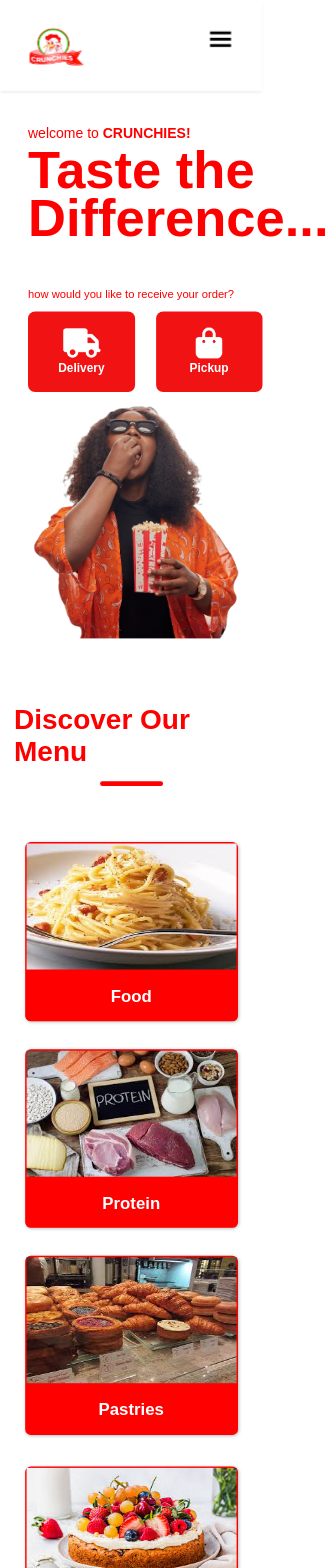
Repository: trenzyfx1/crunches-online-
Page: index.html
These files come from the project's save history. The page is drawn as it stood at one moment and after the next save; the edit follows.
The browser window is 375 px wide. The page is 469 px wide, then 375 px, so the pictures cover 469 px, including what lies to the right of the window. The pictures show the part of the page from y = 0 to 2240 px (the page is 9145 px tall before and 9077 px after), at 70% of full size.

Above is the page before, as saved 2025-04-13 17:17:12.

### index.html
<!DOCTYPE html>
<html lang="en">

<head>
    <meta charset="UTF-8">
    <meta name="viewport" content="width=device-width, initial-scale=1.0">
    <link rel="icon" href="./images/logo-red.webp" type="image">
    <link rel="stylesheet" href="./style.css">
    <title>Crunches Fried Chicken | Order food online</title>
</head>

<body class="full-body">
    <header class="desktop-header">
        <nav>
            <div class="logo">
                <div>
                    <a href="#"><img width="80px" src="./images/logo-red.webp" alt=""></a>
                </div>
                <div class="logo2">
                    <div class="location">
                        <img width="20px" src="./images/location.png" alt="">
                    </div>
                    <div>
                        <h4>Port Harcourt</h4>
                    </div>
                </div>
            </div>
            <div class="menu">
                <ul>
                    <li><a href="">home</a></li>
                    <li><a href="">menu</a></li>
                    <li><a href="">offers</a></li>
                    <li><a href="">fan club</a></li>
                    <li><a href="">blog</a></li>
                    <li><a href="">about us</a></li>
                    <li><a href="">my account</a></li>
                    <li><a href="">support</a></li>
                </ul>
                <div>
                    <button class="order-now" type="button">order now</button>
                </div>
                <div class="cart">
                    <img width="30px" src="./images/cart.png" alt="">
                </div>
            </div>
        </nav>
    </header>
    <header class="mobile-header">
        <nav class="nav1">
            <div class="logo">
                <div>
                    <a href="#"><img width="80px" src="./images/logo-red.webp" alt=""></a>
                </div>
                <!-- <div class="logo2">
                    <div class="location">
                        <img width="20px" src="./images/location.png" alt="">
                    </div>
                    <div>
                        <h4>Port Harcourt</h4>
                    </div>
                </div> -->
            </div>
            <div class="menu-icon" id="menu-icon">
                <div class="line"></div>
                <div class="line"></div>
                <div class="line"></div>
            </div>
            <div class="menu" id="menu">
                <ul>
                    <li><a href="">blog</a></li>
                    <li><a href="">home</a></li>
                    <li><a href="">menu</a></li>
                    <li><a href="">offers</a></li>
                    <li><a href="">support</a></li>
                    <li><a href="">fan club</a></li>
                    <li><a href="">about us</a></li>
                    <li><a href="">my account</a></li>
                </ul>
                <div class="order-now1">
                    <button class="order-now" type="button">order now</button>
                </div>
                <div class="cart">
                    <img width="30px" src="./images/cart.png" alt="">
                </div>
            </div>
        </nav>
    </header>
    <section>
        <div class="head">
            <div class="section1">
                <div>
                    <h3 class="welcome">welcome to <span>Crunchies!</span></h3>
                    <h1>Taste the Difference...</h1>
                </div>
                <div>
                    <p>how would you like to receive your order? </p>
                    <div class="button1">
                        <button class="delivery" type="button">
                            <img class="delivery-img" width="40%" src="./images/Capture.PNG" alt="">
                            <br>delivery
                        </button>
                        <button class="pickup" type="button">
                            <img class="pickup-img" width="33%" src="./images/Capture1.PNG" alt="">
                            <br>pickup
                        </button>
                    </div>
                </div>
            </div>
            <div>
                <img class="woman" src="./images/woman.PNG" alt="">
            </div>
        </div>
    </section>
    <section class="discover">
        <h1 class="h1">discover our menu</h1>
        <div class="underline"></div>
        <div class="section2">
            <div class="food-section">
                <img class="foods" src="./images/food.jpg" alt="">
                <h1>food</h1>
            </div>
            <div class="food-section">
                <img class="foods" src="./images/protein.jpg" alt="">
                <h1>protein</h1>
            </div>
            <div class="food-section">
                <img class="foods" src="./images/pastries.jpg" alt="">
                <h1>pastries</h1>
            </div>
        </div>
        <div class="section2 s2">
            <div class="food-section">
                <img class="foods" src="./images/cakes.jpg" alt="">
                <h1>cakes</h1>
            </div>
            <div class="food-section">
                <img class="foods" src="./images/sharwama.jpg" alt="">
                <h1>sharwama</h1>
            </div>
            <div class="food-section">
                <img class="foods" src="./images/bread.jpg" alt="">
                <h1>bread</h1>
            </div>
        </div>
        <div class="see-more1">
            <button class="see-more" type="button">
                <img class="see-more-img" width="30%" src="./images/drink.png" alt="">
                see more
            </button>
        </div>
    </section>
    <section class="section3">
        <div class="phone1">
            <img class="phone" src="./images/phone.png" alt="">
        </div>
        <div class="order1">
            <h1 class="h1-1">order on the <br> go!</h1>
            <h1 class="h1-2">order on the go!</h1>
            <p>our mobile apps are now available on your device's <br> app store</p>
            <div>
                <div class="download">
                    <div>
                        <button class="playstore" type="button">
                            <img class="playstore-img" width="20%" src="./images/playstore.png" alt="">
                            <div>
                                android app on
                                <br><span class="span2">google play</span>
                            </div>
                        </button>
                    </div>
                    <div>
                        <button class="apple" type="button">
                            <img width="20%" class="apple-img" src="./images/apple.png" alt="">
                            <div>
                                download the app
                                <br><span class="span2">app store</span>
                            </div>
                        </button>
                    </div>
                </div>
            </div>
        </div>
    </section>
    <section class="about-us">
        <h1 class="h1">about us</h1>
        <div class="underline"></div>
        <div class="section4">
            <div  class="products">
                <div>
                    <p>
                        Crunchies Fried Chicken is a first-grade quick service <br> restaurant that offers a variety of
                        quality
                        fast
                        food products <br> and first-class services. We are currently spread across the <br>
                        South-South,
                        South-East and
                        South-West regions of Nigeria, <br> with over 20 years of experience. <br><br>
                        We have carved the niche of excellence in the fast food <br> market with a service per
                        excellence
                        acquired
                        from <br> interacting with our valued customers.
                    </p>
                </div>
                <div>
                    <button class="shop-button" type="button">
                        <img width="30px" class="sbutton-img" src="./images/read.png" alt="">read more
                    </button>
                </div>
            </div>
            <div class="shop">
                <img class="shop-img" src="./images/shop.webp" alt="">
            </div>
        </div>
    </section>
    <section class="section5">
        <div class="eat-section">
            <img class="section5-img" src="./images/woman2.png" alt="">
        </div>
        <div class="eat-section">
            <img class="section5-img" src="./images/chicken.png" alt="">
        </div>
        <div class="eat-section">
            <img class="section5-img" src="./images/woman3.jpg" alt="">
        </div>
        <div class="eat-section">
            <img class="section5-img" src="./images/car.jpg" alt="">
        </div>
    </section>
    <section class="section6">
        <div>
            <img class="food2" src="./images/food2.png" alt="">
            <div class="first">
                <h1>Subsribe to our Newsletter</h1>
                <p>Be the first to get lucky on our amazing offers</p>
            </div>
        </div>
        <div class="email">
            <input type="text" placeholder="Email Address">
            <div><button class="subsribe" type="button">subsribe now</button></div>
        </div>
    </section>
    <footer>
        <div class="footer">
            <div class="Crunches">
                <img width="180px" src="./images/logo-white.webp" alt="">
                <h1>opening hours</h1>
                <p>mondays to sundays <br> 7:00am to 9:00pm</p>
                <h1>contact us</h1>
                <p>customercare@crunchiesonline.com <br> 09062439146, 08098242522</p>
            </div>
            <div class="quick">
                <div>
                    <h1>quick navigation</h1>
                    <ul>
                        <li><a href="">careers</a></li>
                        <li><a href="">fan club</a></li>
                        <li><a href="">offers</a></li>
                        <li><a href="">privacy policy</a></li>
                        <li><a href="">terms and condition</a></li>
                    </ul>
                </div>
                <div>
                    <div>
                        <h1>find us here</h1>
                    </div>
                    <div class="igs">
                        <div>
                            <img class="logo3" src="./images/ig.png" alt="">
                        </div>
                        <div>
                            <img class="logo3" src="./images/fb.png" alt="">
                        </div>
                        <div>
                            <img class="logo3" src="./images/in.png" alt="">
                        </div>
                        <div>
                            <img class="logo3" src="./images/x.png" alt="">
                        </div>
                        <div>
                            <img class="logo3" src="./images/tiktok.png" alt="">
                        </div>
                    </div>
                </div>
            </div>
            <div class="feedback">
                <h1>tell us how we're doing...</h1>
                <p>your feedback is valuable to us</p>
                <button class="submit" type="button">
                    <div>submit feedback</div> <img width="25px" src="./images/3star.png" alt="">
                </button>
            </div>
        </div>
        <div class="dear">
            <p>
                Dear customer, online order services are unavailable at this time. Our services will be active from 8am
                to 6pm. Thank you!
            </p>
        </div>
    </footer>

    <script src="./mobile.js"></script>
</body>

</html>

### style.css
body {
    width: 100%;
    margin: 0;
    padding: 0;
    overflow-x: hidden;
    height: 100vh;
    /* color: #fff; */
    /* font-family: 'Space Grotesk', sans-serif; */
    transition: background-color 0.3s, color 0.3s;
    scroll-behavior: smooth;
    /* background-color: #0a0a0a; */
}

header {
    position: fixed;
    top: 0;
    left: 0;
    height: 130px;
    width: 100%;
    z-index: 1000;
    box-shadow: 0 2px 5px rgb(0, 0, 0, 0.1);
    background-color: #fff;
}

.mobile-header {
    display: none;
}

nav {
    display: flex;
    flex-direction: row;
    justify-content: space-between;
    padding: 40px;
}

.logo2 {
    display: flex;
    flex-direction: row;
}

.logo {
    display: flex;
    flex-direction: row;
    gap: 50px;
}

.location {
    margin-top: 20px;
}

.menu {
    display: flex;
    flex-direction: row;
    gap: 50px;
}

.menu ul {
    display: flex;
    flex-direction: row;
    justify-content: space-around;
    gap: 20px;
}

.menu ul li {
    list-style: none;
}


.desktop-header .menu ul li a {
    display: inline-block;
    border-radius: 8px;
    font-family: sans-serif;
    font-weight: 550;
    text-decoration: none;
    color: red;
    text-transform: capitalize;
    padding: 10px;
    box-shadow: 1px 1px 5px rgba(0, 0, 0, 0.3);
    transition: transform 0.3s ease;
}

 a:hover {
    transform: scale(1.15);
    box-shadow: 5px 5px 15px rgba(0, 0, 0, 0.5);
}


 .mobile-header li:hover {
    transform: scale(1.02);
    box-shadow: 5px 5px 15px rgba(0, 0, 0, 0.5);
}

.order-now {
    border: none;
    border-radius: 10px;
    background-color: red;
    color: #fff;
    height: 48px;
    width: 150px;
    cursor: pointer;
    transition: background-color 0.5s ease, transform 0.3s ease;
    text-transform: capitalize;
    font-size: 17px;
    font-weight: bold;
}

button:hover {
    background-color: #000;
    color: red;
    transform: scale(1.01);
    box-shadow: 5px 5px 10px rgba(0, 0, 0, 0.5);
}

.mobile-header .order-now:hover {
    background-color: #fff;
    color: red;
    transform: scale(1.01);
    box-shadow: 5px 5px 10px rgba(0, 0, 0, 0.5);
}

.order-now,
.cart {
    margin-top: 10px;
}

.section1 {
    padding-left: 40px;
    padding-top: 100px;
}

.head {
    padding-top: 160px;
    padding-bottom: 70px;
    display: flex;
    flex-direction: row;
    justify-content: space-between;
}


.welcome {
    font-size: 35px;
    font-family: sans-serif;
    font-weight: lighter;
    color: red;
    line-height: 0;
}

.welcome span {
    font-weight: bold;
    text-transform: uppercase;
}

.section1 {
    display: flex;
    flex-direction: column;
    gap: 50px;
}

.section1 h1 {
    font-size: 100px;
    color: red;
    font-family: sans-serif;
    line-height: 0.9;
    margin: 0;

}

.section1 p {
    color: red;
    font-family: sans-serif;
}

.delivery,
.pickup {
    border: none;
    border-radius: 10px;
    background-color: rgb(241, 19, 19);
    color: #fff;
    height: 115px;
    width: 170px;
    cursor: pointer;
    transition: background-color 0.5s ease, transform 0.3s ease;
    text-transform: capitalize;
    font-size: 17px;
    font-weight: bold;
}

.delivery-img,
.pickup-img,
.see-more-img,
.apple-img,
.sbutton-img,
.logo3 {
    filter: invert(1) brightness(2);
}

.button1 {
    display: flex;
    gap: 30px;
}

.h1 {
    display: flex;
    justify-content: center;
    font-size: 50px;
    text-transform: capitalize;
    color: red;
    font-family: sans-serif;
    font-weight: bold;
    margin: 20px;
}

.underline {
    margin: auto;
    width: 90px;
    height: 7px;
    background-color: red;
    border-radius: 8px;

}

.section2 {
    margin-top: 50px;
    padding: 30px;
    display: flex;
    justify-content: center;
    text-align: center;
    flex-direction: row;
    gap: 40px;
    flex-wrap: wrap;


}

.food-section {
    display: block;
    border: 2px solid red;
    border-radius: 8px;
    background-color: red;
    font-family: sans-serif;
    color: #fff;
    text-transform: capitalize;
    box-shadow: 1px 1px 5px rgba(0, 0, 0, 0.3);
    transition: transform 0.3s ease;
}

.food-section:hover {
    transform: scale(1.05);
    box-shadow: 5px 5px 15px rgba(0, 0, 0, 0.5);
}

.foods {
    height: 180px;
    width: 300px;
}

.s2 {
    margin-top: -15px;
}

.see-more {
    border: none;
    border-radius: 10px;
    background-color: rgb(241, 19, 19);
    color: #fff;
    height: 50px;
    width: 150px;
    cursor: pointer;
    transition: background-color 0.5s ease, transform 0.3s ease;
    text-transform: capitalize;
    font-size: 17px;
    font-weight: bold;
}

.see-more1 {
    display: flex;
    justify-content: center;
}

.section3 {
    display: flex;
    flex-direction: row;
    justify-content: center;
    gap: 40px;
    background-color: red;
    margin: 100px 0;
    max-width: 100%;
}

.section3 .h1-2 {
    display: none;
}

.phone {
    height: 400px;
    width: 400px;
    margin: 0;
    padding: 0;
}

.phone1 {
    margin: 0;
    padding: 0;
}

.order1 {
    margin-top: 20px;
    padding: 0;
}

.order1 h1 {
    font-size: 60px;
    font-family: sans-serif;
    text-transform: capitalize;
    color: #fff;
}

.order1 p {
    color: #fff;
}

.playstore,
.apple {
    border: none;
    border-radius: 10px;
    background-color: #000;
    color: #fff;
    height: 50px;
    width: 170px;
    cursor: pointer;
    transition: background-color 0.5s ease, transform 0.3s ease;
    text-transform: capitalize;
    display: flex;
    align-items: center;

}

.playstore:hover,
.apple:hover {
    background-color: #fff;
    color: #000;
    transform: scale(1.01);
    box-shadow: 5px 5px 10px rgba(0, 0, 0, 0.5);
}


.playstore-img,
.apple-img {
    margin-top: 15px;
    padding: 0;
}

.span2 {
    font-size: 20px;
}

.download {
    display: flex;
    flex-direction: row;
    gap: 20px;
    flex-wrap: wrap;
}

.section4 {
    display: flex;
    flex-direction: row;
    justify-content: center;
    gap: 40px;
    padding: 50px;

}

.shop {
    display: flex;
    justify-content: center;
}

.shop-img {
    height: 400px;
}

.section4 p {
    font-family: sans-serif;
}

.shop-button {
    border: none;
    border-radius: 10px;
    background-color: rgb(241, 19, 19);
    color: #fff;
    height: 50px;
    width: 150px;
    cursor: pointer;
    transition: background-color 0.5s ease, transform 0.3s ease;
    text-transform: capitalize;
    font-size: 17px;
    font-weight: bold;
}

.section5-img {
    height: 400px;
    width: 100%;
    display: block;
    object-fit: cover;
    border-radius: 12px;
}

.section5 {
    background-color: #ffb6c1;
    margin-top: 50px;
    padding: 30px;
    display: flex;
    justify-content: center;
    flex-direction: row;
    gap: 40px;
    flex-wrap: wrap;
}

.eat-section {
    transition: transform 0.3s ease;
    cursor: pointer;
}

.eat-section:hover {
    transform: scale(1.05);
}

.section6 {
    background-color: #fcd3d9;
    padding: 40px;
}

.food2 {
    height: 200px;
    margin-left: 43%;
}

.first {
    text-align: center;
}

.section6 h1,
p {
    font-family: system-ui, -apple-system, BlinkMacSystemFont, 'Segoe UI', Roboto, Oxygen, Ubuntu, Cantarell, 'Open Sans', 'Helvetica Neue', sans-serif;

}

.section6 h1 {
    font-size: 40px;

}

.email {
    position: relative;
    margin: auto;
    display: flex;
    justify-content: center;
}

.email input {
    width: 700px;
    border-radius: 40px;
    height: 60px;
    border: none;
    outline: none;
    padding: 6px;
}

.subsribe {
    position: absolute;
    top: 8%;
    right: 27%;
    /* transform: translateY(-50%); */
    border: none;
    border-radius: 40px;
    background-color: rgb(241, 19, 19);
    color: #fff;
    height: 60px;
    width: 150px;
    cursor: pointer;
    transition: background-color 0.5s ease, transform 0.3s ease;
    text-transform: capitalize;
    font-size: 17px;
    font-weight: bold;
}

footer {
    background-color: rgb(241, 19, 19);
    padding-top: 40px;
    /* padding-bottom: 20px; */
    color: #fff;
    font-family: sans-serif;
    text-transform: capitalize;
}

.footer {
    display: flex;
    flex-direction: row;
    justify-content: space-between;
    padding: 0 30px;

}

.logo3 {
    height: 30px;
    cursor: pointer;
}

.igs {
    display: flex;
    gap: 10px;
}

footer li {
    list-style: none;
}

footer a {
    text-decoration: none;
    color: #fff;
    font-family: sans-serif;
    text-align: center;
    line-height: 2;
}

.quick {
    display: flex;
    flex-direction: column;
    gap: 30px;
}

.submit {
    border: none;
    border-radius: 40px;
    background-color: #fff;
    color: rgb(241, 19, 19);
    height: 60px;
    width: 200px;
    cursor: pointer;
    transition: background-color 0.5s ease, transform 0.3s ease;
    text-transform: capitalize;
    font-size: 17px;
    font-weight: bold;
    align-items: center;
    display: flex;
    justify-content: center;
}

.feedback {
    display: flex;
    flex-direction: column;
    gap: 30px;
}


.dear {
    padding-top: 40px;
    display: flex;
    justify-content: center;
}

.mobile-header .menu-icon .line {
    width: 30px;
    height: 4px;
    background-color: #000;
    margin: 5px;
}

.mobile-header .menu ul {
    display: flex;
    flex-direction: column;
    gap: 10px;
    justify-content: left;
}

.mobile-header .menu li {
    text-align: center;
    background-color: #fff;
    border-radius: 8px;
    padding: 10px;
    box-shadow: 1px 1px 5px rgba(0, 0, 0, 0.3);
    transition: transform 0.3s ease;
    margin-right: 50px;
}

.mobile-header .order-now {
    background-color: black;
}

.mobile-header .menu li a {
    text-transform: capitalize;
    text-decoration: none;
    color: #000;
    font-family: sans-serif;
    font-weight: 550;
}

.mobile-header .menu {
    display: none;
    flex-direction: column;
    padding: 10px 20px;
    margin: 0;
    background-color: red;
    /* width: 100%; */
    border-radius: 5px;
}

@media(max-width:768px) {

    .full-body {
        max-width: 100%;
    }

    .desktop-header {
        display: none;
    }

    .mobile-header {
        display: flex;
        flex-direction: column;
        justify-content: space-between;
        width: 100%;
    }

    .mobile-header .nav1 {
        display: flex;
        flex-direction: row;
        justify-content: space-between;
    }


    .mobile-header .menu.active {
        display: flex;
    }

    .menu {
        position: absolute;
        top: 100px;
        right: 0;
        gap: 10px;
    }

     .mobile-header .order-now1 {
        display: flex;
        justify-content: center;
    }

    .head {
        display: flex;
        flex-direction: column;
    }

    .download {
        display: flex;
        flex-direction: column;
    }

    .phone1 {
       margin-top: 150px;
    }

    .section3 .h1-1 {
        display: none;
    }

    .section3 .h1-2 {
        display: flex;
        font-size: 65px;
    }

    .order1 {
        margin-right: 10px;
    }

    .section4 {
        display: flex;
        flex-direction: column;
    }

    .products {
        margin: auto;
    }

    .products p {
        font-size: 20px;
    }

    .food2 {
        margin: auto;
        display: flex;
    }

    .subsribe {
        right: 7px;
    }

}

@media(max-width:480px) {

    .full-body {
        max-width: 100%;
    }


    .desktop-header {
        display: none;
    }

    .mobile-header {
        display: flex;
        flex-direction: column;
        justify-content: space-between;
    }

    .mobile-header nav {
        display: flex;
        flex-direction: row;
        justify-content: space-between;
        /* gap: 150px; */
    }

    .menu-icon {
        margin: 0;
    }

    .logo {
        gap: 10px;
    }


    .menu {
        gap: 10px;
        position: absolute;
        top: 100px;
        right: 0;
        width: 50%;
    }


    .mobile-header .menu.active {
        display: flex;
    }

    .mobile-header .order-now1 {
       margin-right: 10px;
    }


    .section1 h1 {
        font-size: 20vw !important;
    }


    .head {
        display: flex;
        flex-direction: column;
        padding-top: 70px;
    }

    .head h1 {
        font-size: 60px;
    }

    .head h3 {
        font-size: 20px;
    }

    .woman {
        width: 90%;
        margin-left: 30px;
    }

    .discover .h1 {
        font-size: 40px;
    }

    .order1 {
        margin-left: 30px;
    }

    .phone1 {
        margin: 0;
    }

    .phone {
        width: 300px;
    }

    .download {
        display: flex;
        flex-direction: row;
    }

    .section3 {
        display: flex;
        flex-direction: column;
        gap: 0;
        padding-bottom: 40px;
    }

    .section3 .h1-2 {
        display: none;
    }


    .section3 .h1-1 {
        display: flex;
    }



    .section4 {
        display: flex;
        flex-direction: column;
    }

    .shop-img {
        width: 100%;
    }

    .food2 {
        margin: auto;
        display: flex;
    }

    .subsribe {
        left: 60%;
    }

    .footer {
        display: flex;
        flex-direction: column;
        gap: 40px;
    }

    .dear {
        width: 90%;
        margin-left: 30px;
    }
}

### mobile.js
document.addEventListener("DOMContentLoaded", () => {
    const menuIcon = document.getElementById ("menu-icon");
    const menu = document.getElementById("menu");


    menuIcon.addEventListener("click", function() {
        menu.classList.toggle("active");

    });
});

After the next save:
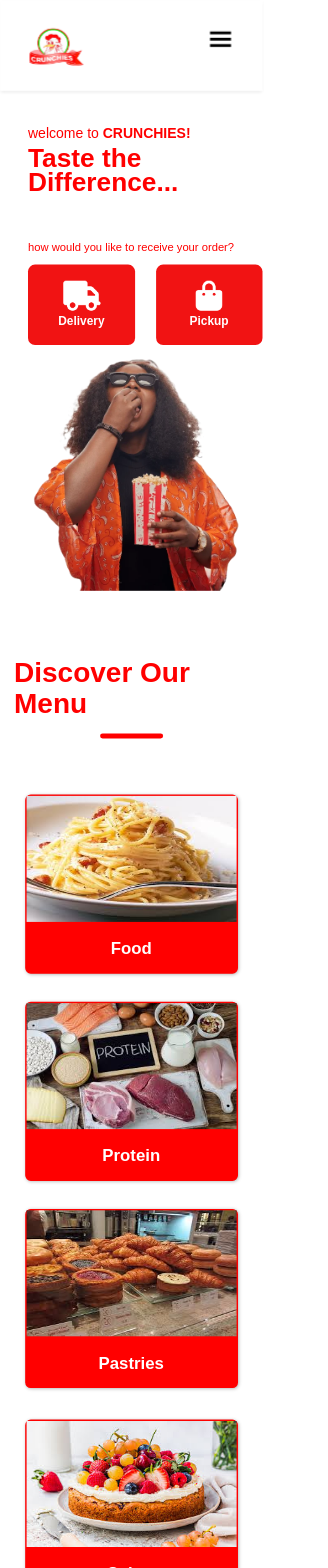
Saved 6 s later.
--- a/style.css
+++ b/style.css
@@ -748,7 +748,7 @@
 
 
     .section1 h1 {
-        font-size: 20vw !important;
+        font-size: 10vw !important;
     }
 
 
